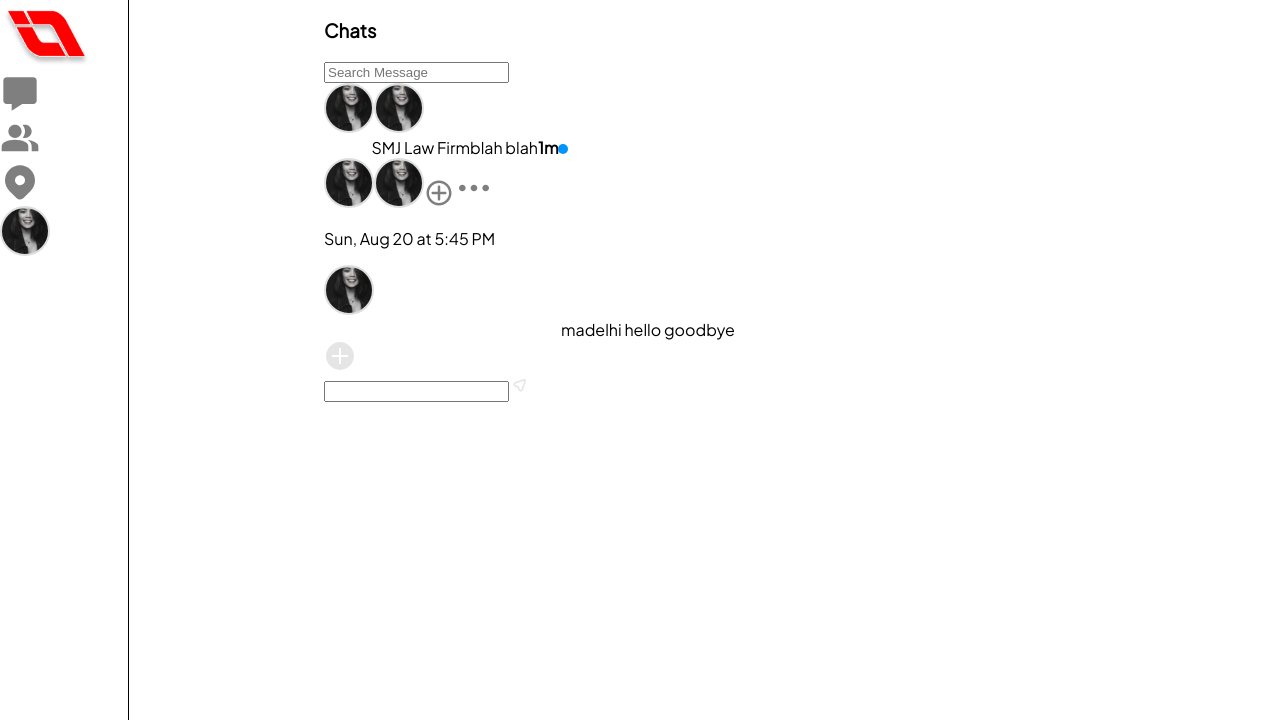
Repository: Nicktacku/LawChat
Page: /homechat (app in frontend/lawchat/)
The author's editor kept a copy of each file at every save. The page is drawn from the files as they stood at one save, then again after the next save.
The browser window is 1280 px wide. The pictures show the whole page.
The project was rebuilt for these pictures with package versions that can differ from the ones it lists, and the page was loaded fresh each time. Also part of the build but not shown: frontend/lawchat/src/styles/button.css, frontend/lawchat/src/components/Button.js, frontend/lawchat/src/pages/Home.js, frontend/lawchat/src/pages/Login.js, frontend/lawchat/src/pages/Test.js.

Above is the page before, as saved 2024-08-15 14:16:51.

### frontend/lawchat/public/index.html
<!DOCTYPE html>
<html lang="en">
  <head>
    <meta charset="utf-8" />
    <link rel="icon" href="%PUBLIC_URL%/favicon.ico" />
    <meta name="viewport" content="width=device-width, initial-scale=1" />
    <meta name="theme-color" content="#000000" />
    <meta
      name="description"
      content="Web site created using create-react-app"
    />
    <link rel="apple-touch-icon" href="%PUBLIC_URL%/logo192.png" />
    <!--
      manifest.json provides metadata used when your web app is installed on a
      user's mobile device or desktop. See https://developers.google.com/web/fundamentals/web-app-manifest/
    -->
    <link rel="manifest" href="%PUBLIC_URL%/manifest.json" />
    <link
      href="https://fonts.googleapis.com/css?family=Plus Jakarta Sans"
      rel="stylesheet"
    />
    <!--
      Notice the use of %PUBLIC_URL% in the tags above.
      It will be replaced with the URL of the `public` folder during the build.
      Only files inside the `public` folder can be referenced from the HTML.

      Unlike "/favicon.ico" or "favicon.ico", "%PUBLIC_URL%/favicon.ico" will
      work correctly both with client-side routing and a non-root public URL.
      Learn how to configure a non-root public URL by running `npm run build`.
    -->
    <title>React App</title>
  </head>
  <body>
    <noscript>You need to enable JavaScript to run this app.</noscript>
    <div id="root"></div>
    <!--
      This HTML file is a template.
      If you open it directly in the browser, you will see an empty page.

      You can add webfonts, meta tags, or analytics to this file.
      The build step will place the bundled scripts into the <body> tag.

      To begin the development, run `npm start` or `yarn start`.
      To create a production bundle, use `npm run build` or `yarn build`.
    -->
  </body>
</html>

### frontend/lawchat/src/App.js
import Home from "./pages/Home.js";
import Login from "./pages/Login.js";
import HomeChat from "./pages/HomeChat.js";

import {
  createBrowserRouter,
  createRoutesFromElements,
  Route,
  RouterProvider,
} from "react-router-dom";
import Test from "./pages/Test.js";

const router = createBrowserRouter(
  createRoutesFromElements(
    <Route path="/">
      <Route index element={<Home />} />
      <Route path="/login" element={<Login />} />
      <Route path="/homechat" element={<HomeChat />} />
      <Route path="/test" element={<Test />} />
    </Route>
  )
);

function App() {
  return (
    <div className="App">
      {/* <Login /> */}
      <RouterProvider router={router} />
    </div>
  );
}

export default App;

### frontend/lawchat/src/pages/HomeChat.js
import React from "react";

import logo from "../images/logo.svg";
import chaticon from "../images/chaticon.svg";
import friendsicon from "../images/friendsicon.svg";
import locationicon from "../images/locationicon.svg";
import personaldp from "../images/personaldp.svg";

import newchaticon from "../images/newchaticon.svg";
import ChatPreview from "../components/ChatPreview";

import addicon from "../images/addicon.svg";
import tripledoticon from "../images/tripledoticon.svg";
import ChatBubble from "../components/ChatBubble";

import attachicon from "../images/attachicon.svg";

import sendicon from "../images/sendicon.svg";

import "../styles/homechat.css";

const HomeChat = () => {
  return (
    <div className="container">
      <div className="sidebar">
        <img src={logo} className="img" /> <br />
        <img src={chaticon} className="img" /> <br />
        <img src={friendsicon} className="img" /> <br />
        <img src={locationicon} className="img" /> <br />
        <img src={personaldp} className="img" /> <br />
      </div>
      <div className="chats">
        <h3 className="h3">
          <b>Chats</b>
        </h3>
        <image src={newchaticon} />
        <form>
          <input type="text" placeholder="Search Message" />
        </form>
        <ChatPreview name="SMJ Law Firm" preview="blah blah" />
      </div>
      <div className="chat">
        <div className="chat-bar">
          <img src={personaldp} />
          <img src={personaldp} />
          <img src={addicon} />
          <img src={tripledoticon} />
        </div>
        <div className="chat-content">
          <p>Sun, Aug 20 at 5:45 PM</p>
          <ChatBubble name="madel" message="hi hello goodbye" />
        </div>
        <div className="chatbox">
          <img src={attachicon} />
          <form>
            <input type="text" placeholder="" />
            <img src={sendicon} />
          </form>
        </div>
      </div>
    </div>
  );
};

export default HomeChat;

### frontend/lawchat/src/styles/home.css
body {
    font-family: 'Plus Jakarta Sans';
}

.body {
    padding-left: 5%;
    padding-right: 5%;
}

.navbar {
    overflow: hidden;
    border-bottom: 1px solid rgba(129, 133, 137, 0.3);
    padding-left: 3%;
    padding-right: 3%;
}



.nav-list {
    list-style-type: none;
    margin: 0;
    padding: 0;
    text-align: center;
}

.nav-item {
    float: right;
    padding: 2vh;
}

.logo{
    overflow: hidden;
    float:left;
}

.body-content {
    width: 40%;
    float: left;
    justify-content: center;
}

.body-image {
    width: 60%;
    float: right;
}

.h1{
    font-size: 18vh;
    margin-top: 30%;
}

.p {
    font-size: 5vh;
    color: gray;
}

.stores {
    justify-content: space-around;
}

.body-image {
    position: relative;
}

/* .body-image-content {
    position: absolute;
    width: 100px;
    height: 100px;
    border: 1px solid red;
} */

### frontend/lawchat/src/components/ChatPreview.js
import React from "react";

import personaldp from "../images/personaldp.svg";
import bluedot from "../images/bluedot.svg";

function ChatPreview(props) {
  return (
    <div className="container">
      <div className="images">
        <img src={personaldp} />
        <img src={personaldp} />
      </div>
      <div className="body">
        {props.name}
        {props.preview}
        <b>1m</b>
        <img src={bluedot} />
      </div>
    </div>
  );
}

export default ChatPreview;

### frontend/lawchat/src/components/ChatBubble.js
import React from "react";

import personaldp from "../images/personaldp.svg";

function ChatBubble(props) {
  return (
    <div className="container">
      <img src={personaldp} />
      <div className="chat">
        {props.name}
        {props.message}
      </div>
    </div>
  );
}

export default ChatBubble;

### frontend/lawchat/src/styles/homechat.css
.sidebar {
    height: 100%;
    width: 10%;
    position: fixed;
    top: 0;
    left: 0;
    overflow-x: hidden;
    padding-top: 5px;
    border-right: 1px solid black;
  }

.chat {
    margin-left: 25%
}

.chats {
    margin-left: 25%
}

.img{
    size: auto;
  }

Loaded but not shown: frontend/lawchat/src/index.js (common file)

After the next save:
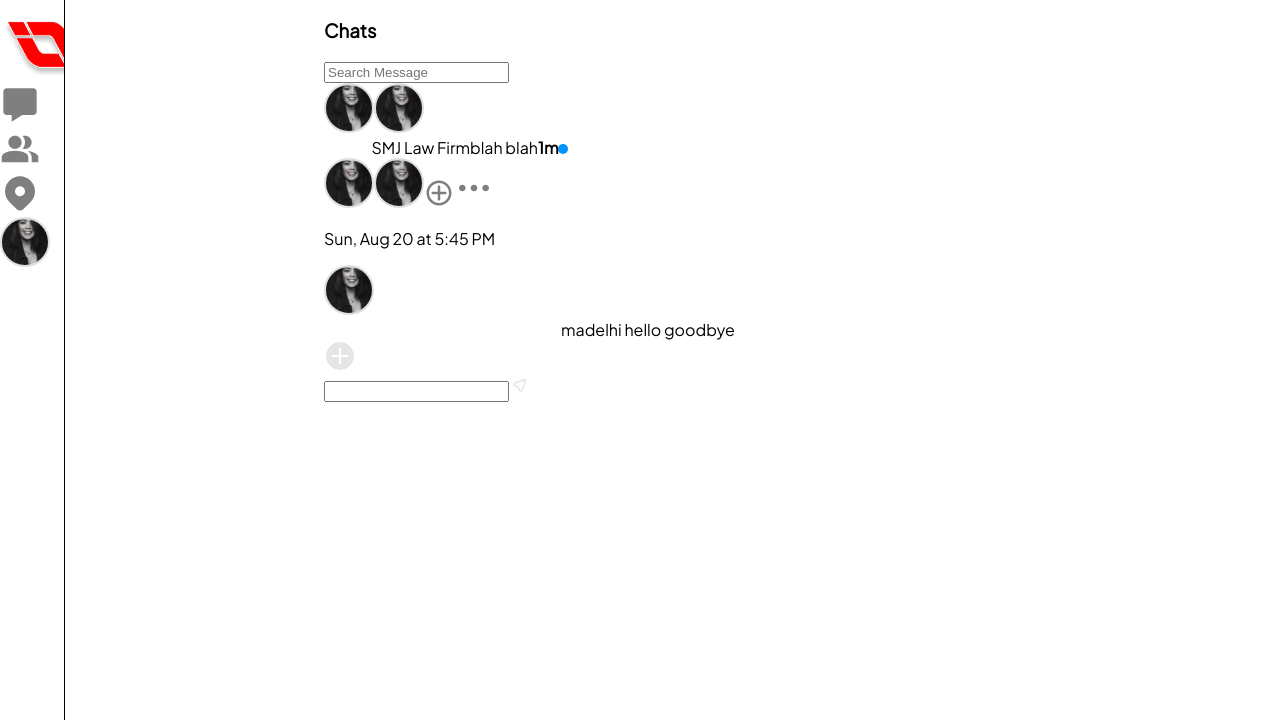
Saved 6 s later.
--- a/frontend/lawchat/src/styles/homechat.css
+++ b/frontend/lawchat/src/styles/homechat.css
@@ -1,11 +1,11 @@
 .sidebar {
     height: 100%;
-    width: 10%;
+    width: 5%;
     position: fixed;
     top: 0;
     left: 0;
     overflow-x: hidden;
-    padding-top: 5px;
+    padding-top: 16px;
     border-right: 1px solid black;
   }
 
